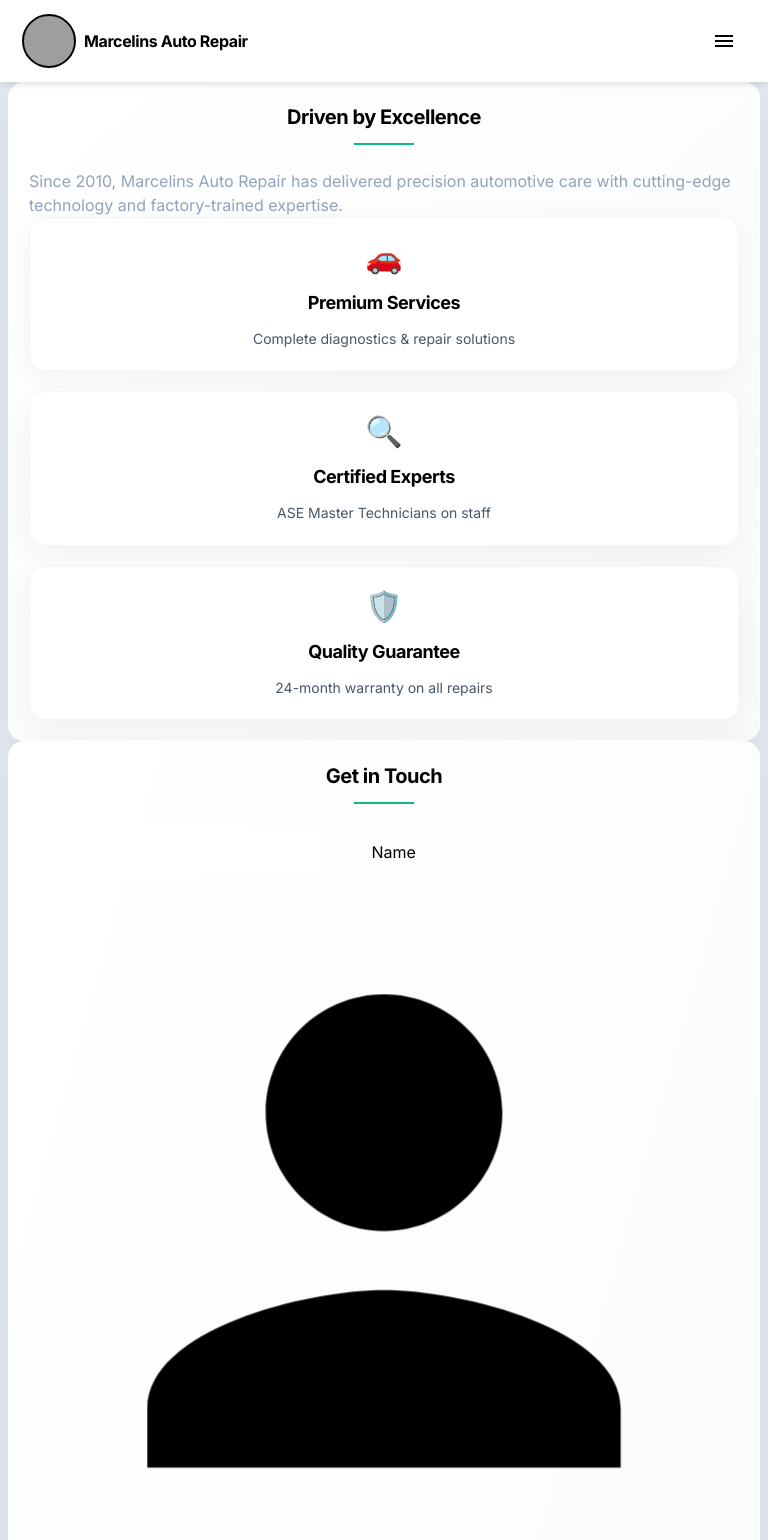
Repository: ilovegames507/twebsite-2
Page: frontend/public/contact.html
The author's editor kept a copy of each file at every save. The page is drawn from the files as they stood at one save, then again after the next save.
The browser window is 768 px wide. The pictures show the part of the page from y = 0 to 1540 px (the page is 4470 px tall before and 3252 px after).
Pictures or frames that could not be fetched are drawn as grey boxes. A picture or video elsewhere on the page could not be fetched, so the positions and the page height are approximate.

Above is the page before, as saved 2025-03-18 20:27:48.

### frontend/public/contact.html
<!DOCTYPE html>
<html lang="en">

<head>
    <meta charset="UTF-8" />
    <meta name="viewport" content="width=device-width, initial-scale=1.0" />
    <link rel="preconnect" href="https://fonts.googleapis.com" />
    <link rel="preconnect" href="https://fonts.gstatic.com" crossorigin />
    <link
        href="https://fonts.googleapis.com/css2?family=Inter:ital,opsz,wght@0,14..32,100..900;1,14..32,100..900&family=Source+Code+Pro:ital,wght@0,200..900;1,200..900&display=swap"
        rel="stylesheet" />
    <link rel="stylesheet" href="styles/modern-normalize.css" />
    <link rel="stylesheet" href="styles/global.css" />
    <link rel="stylesheet" href="styles/components/header.css" />
    <link rel="stylesheet" href="styles/components/about.css" />
    <link rel="stylesheet" href="styles/components/footer.css" />
    <link rel="stylesheet" href="styles/utils.css" />

    <link rel="icon" type="image/x-icon" href="/src/Images/favicon.ico">
    <title>Marcelins Auto Repair</title>
</head>

<body>
    <header class="header">
        <div class="header__container">
            <div class="header__title-container"> <img src="https://picsum.photos/1080/1080?random" id="img-link"
                    class="header__logo" alt="Marcelins Auto Repair Logo">
                <a href="/" class="header__title">Marcelins Auto Repair</a>
            </div>
            <nav class="header__nav">
                <a class="header__link" href="#pricing">Servies</a>
                <a class="header__link" href="#features">Policy</a>
                <a class="header__link" href="#contact">Contact</a>
                <div class="header__btn-container">
                    <button class="header__btn" id="login-link">Login</button>
                </div>
            </nav>

            <button class="header__bars">
                <svg xmlns="http://www.w3.org/2000/svg" height="24px" viewBox="0 -960 960 960" width="24px">
                    <path d="M120-240v-80h720v80H120Zm0-200v-80h720v80H120Zm0-200v-80h720v80H120Z" />
                </svg>
            </button>
        </div>
    </header>
<!-- About Page -->
<section class="about">
    <div class="about__container container">
      <div class="about__content card card--gradient">
        <h2 class="about__title section-title">Driven by Excellence</h2>
        <div class="about__body">
          <p class="about__text">
            Since 2010, Marcelins Auto Repair has delivered precision automotive care with cutting-edge technology
            and factory-trained expertise.
          </p>

          <div class="about__grid">
            <div class="about__card card card--hover">
              <div class="about__icon">🚗</div>
              <h3 class="about__subtitle">Premium Services</h3>
              <p class="about__description">Complete diagnostics & repair solutions</p>
            </div>

            <div class="about__card card card--hover">
              <div class="about__icon">🔍</div>
              <h3 class="about__subtitle">Certified Experts</h3>
              <p class="about__description">ASE Master Technicians on staff</p>
            </div>

            <div class="about__card card card--hover">
              <div class="about__icon">🛡️</div>
              <h3 class="about__subtitle">Quality Guarantee</h3>
              <p class="about__description">24-month warranty on all repairs</p>
            </div>
          </div>
        </div>
      </div>
    </div>
  </section>

  <!-- Contact Page -->
  <section class="contact">
    <div class="contact__container container">
      <div class="contact__content card card--gradient">
        <h2 class="contact__title section-title">Get in Touch</h2>
        <form class="contact__form">
          <div class="form__group">
            <div class="form__field form__field--floating">
              <input type="text" class="form__input" id="contactName" required>
              <label class="form__label" for="contactName">Name</label>
              <svg class="form__icon" xmlns="http://www.w3.org/2000/svg" viewBox="0 0 24 24" fill="currentColor">
                <path d="M12 12c2.21 0 4-1.79 4-4s-1.79-4-4-4-4 1.79-4 4 1.79 4 4 4zm0 2c-2.67 0-8 1.34-8 4v2h16v-2c0-2.66-5.33-4-8-4z"/>
              </svg>
            </div>

            <div class="form__field form__field--floating">
              <input type="email" class="form__input" id="contactEmail" required>
              <label class="form__label" for="contactEmail">Email</label>
              <svg class="form__icon" xmlns="http://www.w3.org/2000/svg" viewBox="0 0 24 24" fill="currentColor">
                <path d="M20 4H4c-1.1 0-1.99.9-1.99 2L2 18c0 1.1.9 2 2 2h16c1.1 0 2-.9 2-2V6c0-1.1-.9-2-2-2zm0 14H4V8l8 5 8-5v10zm-8-7L4 6h16l-8 5z"/>
              </svg>
            </div>
          </div>

          <div class="form__field form__field--floating">
            <textarea class="form__input form__textarea" id="contactMessage" required></textarea>
            <label class="form__label" for="contactMessage">Message</label>
            <svg class="form__icon" xmlns="http://www.w3.org/2000/svg" viewBox="0 0 24 24" fill="currentColor">
              <path d="M20 2H4c-1.1 0-1.99.9-1.99 2L2 22l4-4h14c1.1 0 2-.9 2-2V4c0-1.1-.9-2-2-2zM6 9h12v2H6V9zm8 5H6v-2h8v2zm4-6H6V6h12v2z"/>
            </svg>
          </div>

          <button type="submit" class="btn btn--primary btn--arrow">
            Send Message
            <svg class="btn__icon" viewBox="0 0 24 24">
              <path d="M4 11v2h12l-5.5 5.5 1.42 1.42L19.84 12l-7.92-7.92L10.5 5.5 16 11H4z"/>
            </svg>
          </button>

          <div class="contact__info">
            <div class="contact__detail">
              <svg class="contact__icon" viewBox="0 0 24 24"><path d="M20 4H4c-1.1 0-1.99.9-1.99 2L2 18c0 1.1.9 2 2 2h16c1.1 0 2-.9 2-2V6c0-1.1-.9-2-2-2zm0 14H4V8l8 5 8-5v10zm-8-7L4 6h16l-8 5z"/></svg>
              contact@marcelinsauto.com
            </div>
            <div class="contact__detail">
              <svg class="contact__icon" viewBox="0 0 24 24"><path d="M6.62 10.79c1.44 2.83 3.76 5.14 6.59 6.59l2.2-2.2c.27-.27.67-.36 1.02-.24 1.12.37 2.33.57 3.57.57.55 0 1 .45 1 1V20c0 .55-.45 1-1 1-9.39 0-17-7.61-17-17 0-.55.45-1 1-1h3.5c.55 0 1 .45 1 1 0 1.25.2 2.45.57 3.57.11.35.03.74-.25 1.02l-2.2 2.2z"/></svg>
              (555) 123-4567
            </div>
          </div>
        </form>
      </div>
    </div>
  </section>

    <footer class="footer">
        <div class="footer__container">
            <div class="footer__content">
                <div class="footer__section">
                    <h3 class="footer__heading">Contact Us</h3>
                    <p class="footer__text">123 Auto Repair Street</p>
                    <p class="footer__text">Cityville, ST 12345</p>
                    <p class="footer__text">Phone: (555) 123-4567</p>
                    <p class="footer__text">Email: contact@marcelinsauto.com</p>
                </div>

                <div class="footer__section">
                    <h3 class="footer__heading">Hours</h3>
                    <p class="footer__text">Mon-Fri: 8am - 6pm</p>
                    <p class="footer__text">Saturday: 9am - 4pm</p>
                    <p class="footer__text">Sunday: Closed</p>
                </div>

                <div class="footer__section">
                    <h3 class="footer__heading">Quick Links</h3>
                    <a href="#services" class="footer__link">Services</a>
                    <a href="#policy" class="footer__link">Policy</a>
                    <a href="#contact" class="footer__link">Contact</a>
                    <a href="#about" class="footer__link">About Us</a>
                </div>

                <div class="footer__section">
                    <h3 class="footer__heading">Follow Us</h3>
                    <div class="footer__socials">
                        <a href="#" class="footer__social-link" aria-label="TicTok">
                            <img src="src/Images/tictok.svg" alt="TicTok">
                        </a>
                        <a href="#" class="footer__social-link" aria-label="Instagram">
                            <img src="src/Images/instagram.svg" alt="Instagram">
                        </a>
                        <a href="#" class="footer__social-link" aria-label="YouTube">
                            <img src="src/Images/youtube.svg" alt="YouTube">
                        </a>
                    </div>
                </div>
            </div>

            <div class="footer__bottom">
                <p class="footer__copy">&copy; 2024 Marcelins Auto Repair. All rights reserved.</p>
            </div>
        </div>
    </footer>
    <script>
        document.getElementById('img-link').addEventListener('click', function () {
            window.location.href = '/';
        });
        document.querySelector('.header__bars').addEventListener('click', function () {
            document.querySelector('.header').classList.toggle('header--mobile-open');
        });
        document.getElementById('login-link').addEventListener('click', function () {
            window.location.href = '/login';
        });
    </script>
</body>

</html>

### frontend/public/styles/components/about.css
/* Enhanced Base Styles */
.container {
    max-width: 1200px;
    margin: 0 auto;
    padding: 0 var(--size-2xl);
  }

  .card {
    background: var(--clr-white);
    border-radius: 16px;
    padding: var(--size-2xl);
    box-shadow: 0 8px 32px rgba(0,0,0,0.05);
    transition: var(--transition);
  }

  .card--gradient {
    background: linear-gradient(to bottom right, var(--clr-white), var(--clr-slate50));
    border: 1px solid rgba(255,255,255,0.2);
  }

  .card--hover:hover {
    transform: translateY(-4px);
    box-shadow: 0 12px 40px rgba(0,0,0,0.1);
  }

  .section-title {
    font-size: var(--size-2xl);
    text-align: center;
    margin-bottom: var(--size-2xl);
    position: relative;
    padding-bottom: var(--size-sm);
  }

  .section-title::after {
    content: '';
    position: absolute;
    bottom: 0;
    left: 50%;
    transform: translateX(-50%);
    width: 60px;
    height: 2px;
    background: var(--clr-green);
  }

  /* About Page Enhancements */
  .about__container {
    padding: var(--size-6xl) 0;
  }

  .about__grid {
    display: grid;
    gap: var(--size-xl);
    grid-template-columns: repeat(auto-fit, minmax(280px, 1fr));
  }

  .about__card {
    padding: var(--size-xl);
    text-align: center;
    border: 1px solid var(--clr-slate100);
  }

  .about__icon {
    font-size: var(--size-3xl);
    margin-bottom: var(--size-sm);
    opacity: 0.9;
  }

  .about__subtitle {
    font-size: var(--size-lg);
    margin-bottom: var(--size-xs);
    color: var(--clr-dark);
  }

  .about__description {
    font-size: var(--size-sm);
    color: var(--clr-muted);
    line-height: 1.6;
  }

  /* Contact Page Enhancements */
  .contact__container {
    padding: var(--size-6xl) 0;
  }

  .form__group {
    display: grid;
    gap: var(--size-xl);
    grid-template-columns: repeat(auto-fit, minmax(280px, 1fr));
  }

  .form__field--floating .form__label {
    transform: translateY(-50%) scale(0.9);
    background: transparent;
    margin-left: calc(var(--size-4xl) + 8px);
  }

  .form__input {
    padding: var(--size-sm) var(--size-4xl);
    border-radius: 8px;
    border: 1px solid var(--clr-slate200);
  }

  .form__textarea {
    min-height: 120px;
    padding-top: var(--size-sm);
  }

  .btn--primary {
    padding: var(--size-sm) var(--size-2xl);
    border-radius: 8px;
    display: inline-flex;
    align-items: center;
    gap: var(--size-xs);
    transition: transform 0.2s ease;
  }

  .btn--primary:hover {
    transform: translateY(-2px);
  }

  .btn__icon {
    width: var(--size-lg);
    height: var(--size-lg);
    fill: currentColor;
  }

  .contact__info {
    margin-top: var(--size-2xl);
    padding-top: var(--size-xl);
    border-top: 1px solid var(--clr-slate100);
  }

  .contact__detail {
    display: flex;
    align-items: center;
    gap: var(--size-sm);
    margin-bottom: var(--size-sm);
    font-size: var(--size-sm);
    color: var(--clr-muted);
  }

  .contact__icon {
    width: var(--size-lg);
    height: var(--size-lg);
    flex-shrink: 0;
  }

  /* Mobile Optimizations */
  @media (max-width: 768px) {
    .container {
      padding: 0 var(--size-base);
    }

    .card {
      padding: var(--size-xl);
    }

    .section-title {
      font-size: var(--size-xl);
    }

    .about__grid,
    .form__group {
      grid-template-columns: 1fr;
    }

    .form__input {
      padding: var(--size-xs) var(--size-3xl);
    }

    .btn--primary {
      width: 100%;
      justify-content: center;
    }
  }

  @media (max-width: 480px) {
    .about__card {
      padding: var(--size-base);
    }

    .contact__detail {
      flex-direction: column;
      text-align: center;
    }
  }

### frontend/public/styles/components/footer.css
html {
    height: 100%;
}

body {
    min-height: 100vh;
    display: flex;
    flex-direction: column;
}

main {
    flex: 1 0 auto;
    width: 100%;
}

.footer {
    background-color: var(--clr-dark);
    color: var(--clr-light);
    padding: var(--size-4xl) 0 0;
    margin-top: auto;
}

.footer__container {
    max-width: 1440px;
    margin: 0 auto;
    padding: 0 var(--size-2xl);
}

.footer__content {
    display: grid;
    grid-template-columns: repeat(auto-fit, minmax(250px, 1fr));
    gap: var(--size-2xl);
    padding-bottom: var(--size-4xl);
}

.footer__section {
    display: flex;
    flex-direction: column;
    gap: var(--size-base);
}

.footer__heading {
    font-size: var(--size-lg);
    font-weight: 600;
    margin-bottom: var(--size-xs);
    color: var(--clr-light);
}

.footer__text {
    font-size: var(--size-sm);
    color: var(--clr-slate300);
    line-height: 1.6;
}

.footer__link {
    color: var(--clr-slate300);
    text-decoration: none;
    font-size: var(--size-sm);
    transition: var(--transition);
}

.footer__link:hover {
    color: var(--clr-light);
    transform: translateX(4px);
}

.footer__socials {
    display: flex;
}

.footer__social-link {
    color: var(--clr-slate300);
    transition: var(--transition);
    padding: var(--size-4xl);
    display: flex;
}

.footer__social-link:hover {
    color: var(--clr-light);
    transform: translateY(-2px);
}

.footer__bottom {
    border-top: 1px solid rgba(255, 255, 255, 0.1);
    padding: var(--size-xl) 0;
    text-align: center;
}

.footer__copy {
    font-size: var(--size-sm);
    color: var(--clr-slate300);
    margin: 0;
}

@media (max-width: 768px) {
    .footer__content {
        grid-template-columns: 1fr;
        text-align: center;
    }

    .footer__section {
        align-items: center;
    }

    .footer__link:hover {
        transform: none;
    }
}

### frontend/public/styles/utils.css
/* xs */
/* @media (min-width: 475px) {} */

/* sm */
/* @media (min-width: 640px) {} */

/* md */
/* @media (min-width: 768px) {} */

/* lg */
/* @media (min-width: 1024px) {} */

/* xl */
/* @media (min-width: 1280px) {} */

/* 2xl */
/* @media (min-width: 1536px) {} */

.container {
    width: 100%;
    margin-inline: auto;
    padding-inline: 0.5rem;
  }

  .btn {
    display: inline-block;
    background-color: rgb(255, 255, 255);
    color: var(--clr-dark);
    padding: 0.5em 1em;
    font-weight: 500;
    border-radius: 6px;
    line-height: 1.75rem;
    text-decoration: none;
    transition: 0.2s ease-in-out;
  }

  .btn:hover {
    transform: translateY(2px);
    background-color: rgb(168, 168, 168);
  }

  btn:focus-visible {
    outline: solid var(--clr-text);
  }

  .section {
    margin-top: 5rem;
  }

  .title {
    text-transform: uppercase;
    margin-bottom: 1rem;
    font-family: var(--font-secondary);
    color: var(--clr-text);
    font-size: var(--size-base);
  }

  /* xs */
  @media (min-width: 475px) {
    .container {
      max-width: 475px;
    }
  }

  /* sm */
  @media (min-width: 640px) {
    .container {
      max-width: 640px;
    }

    .title {
      font-size: var(--size-sm);
    }
  }

  /* md */
  @media (min-width: 768px) {
    .container {
      max-width: 768px;
    }
  }

  /* lg */
  @media (min-width: 1024px) {
    .container {
      max-width: 1024px;
    }

    .section {
      margin-top: 10rem;
    }

    .title {
      font-size: var(--size-base);
    }
  }

  /* xl */
  @media (min-width: 1280px) {
    .container {
      max-width: 1280px;
    }
  }

  /* 2xl */
  @media (min-width: 1536px) {
    .container {
      max-width: 1536px;
    }
  }

Loaded but not shown: frontend/public/styles/modern-normalize.css (203 lines, source omitted); frontend/public/styles/components/header.css (164 lines, source omitted); frontend/public/styles/global.css (157 lines, source omitted)

After the next save:
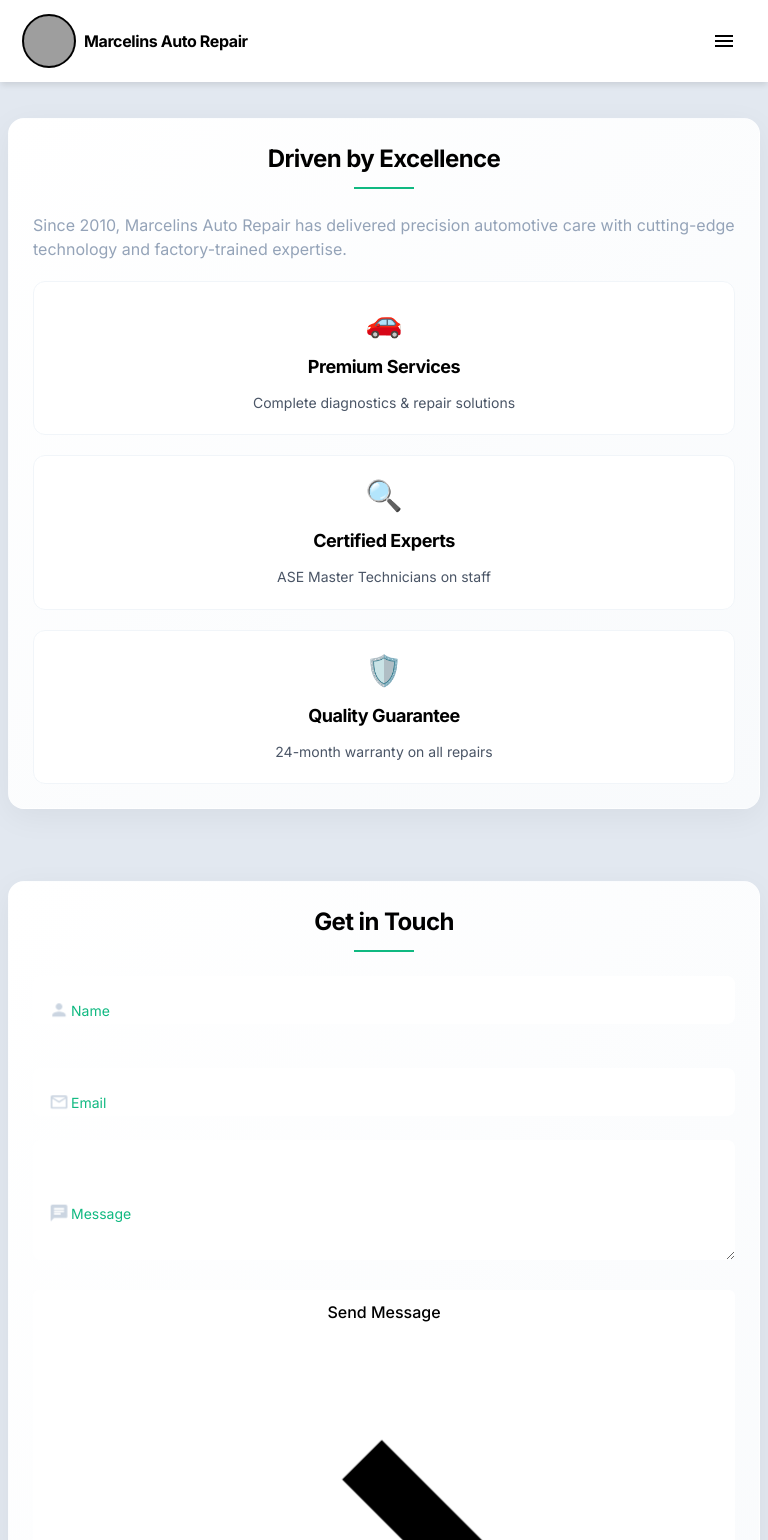
Saved 5 min 25 s later.
--- a/frontend/public/styles/components/about.css
+++ b/frontend/public/styles/components/about.css
@@ -1,29 +1,17 @@
-/* Enhanced Base Styles */
-.container {
-    max-width: 1200px;
-    margin: 0 auto;
-    padding: 0 var(--size-2xl);
-  }
-
-  .card {
-    background: var(--clr-white);
+/* ===== About Section ===== */
+.about__container {
+    padding: var(--size-6xl) 0;
+  }
+
+  .about__content {
+    background: linear-gradient(to bottom right, var(--clr-white), var(--clr-slate50));
     border-radius: 16px;
     padding: var(--size-2xl);
     box-shadow: 0 8px 32px rgba(0,0,0,0.05);
-    transition: var(--transition);
-  }
-
-  .card--gradient {
-    background: linear-gradient(to bottom right, var(--clr-white), var(--clr-slate50));
     border: 1px solid rgba(255,255,255,0.2);
   }
 
-  .card--hover:hover {
-    transform: translateY(-4px);
-    box-shadow: 0 12px 40px rgba(0,0,0,0.1);
-  }
-
-  .section-title {
+  .about__title {
     font-size: var(--size-2xl);
     text-align: center;
     margin-bottom: var(--size-2xl);
@@ -31,7 +19,7 @@
     padding-bottom: var(--size-sm);
   }
 
-  .section-title::after {
+  .about__title::after {
     content: '';
     position: absolute;
     bottom: 0;
@@ -42,21 +30,25 @@
     background: var(--clr-green);
   }
 
-  /* About Page Enhancements */
-  .about__container {
-    padding: var(--size-6xl) 0;
-  }
-
   .about__grid {
     display: grid;
     gap: var(--size-xl);
     grid-template-columns: repeat(auto-fit, minmax(280px, 1fr));
+    margin-top: var(--size-xl);
   }
 
   .about__card {
+    background: var(--clr-white);
     padding: var(--size-xl);
+    border-radius: 12px;
+    border: 1px solid var(--clr-slate100);
     text-align: center;
-    border: 1px solid var(--clr-slate100);
+    transition: var(--transition);
+  }
+
+  .about__card:hover {
+    transform: translateY(-4px);
+    box-shadow: 0 12px 40px rgba(0,0,0,0.1);
   }
 
   .about__icon {
@@ -77,9 +69,36 @@
     line-height: 1.6;
   }
 
-  /* Contact Page Enhancements */
+  /* ===== Contact Section ===== */
   .contact__container {
     padding: var(--size-6xl) 0;
+  }
+
+  .contact__content {
+    background: linear-gradient(to bottom right, var(--clr-white), var(--clr-slate50));
+    border-radius: 16px;
+    padding: var(--size-2xl);
+    box-shadow: 0 8px 32px rgba(0,0,0,0.05);
+    border: 1px solid rgba(255,255,255,0.2);
+  }
+
+  .contact__title {
+    font-size: var(--size-2xl);
+    text-align: center;
+    margin-bottom: var(--size-2xl);
+    position: relative;
+    padding-bottom: var(--size-sm);
+  }
+
+  .contact__title::after {
+    content: '';
+    position: absolute;
+    bottom: 0;
+    left: 50%;
+    transform: translateX(-50%);
+    width: 60px;
+    height: 2px;
+    background: var(--clr-green);
   }
 
   .form__group {
@@ -88,24 +107,63 @@
     grid-template-columns: repeat(auto-fit, minmax(280px, 1fr));
   }
 
-  .form__field--floating .form__label {
+  .form__field {
+    position: relative;
+    margin-bottom: var(--size-2xl);
+  }
+
+  .form__label {
+    position: absolute;
+    left: var(--size-3xl);
+    top: 50%;
     transform: translateY(-50%) scale(0.9);
-    background: transparent;
-    margin-left: calc(var(--size-4xl) + 8px);
+    color: var(--clr-text);
+    font-size: var(--size-sm);
+    pointer-events: none;
+    margin-left: 8px;
+    transition: var(--transition);
   }
 
   .form__input {
+    width: 100%;
     padding: var(--size-sm) var(--size-4xl);
+    border: 1px solid var(--clr-slate200);
     border-radius: 8px;
-    border: 1px solid var(--clr-slate200);
+    font-size: var(--size-sm);
+    transition: var(--transition);
+  }
+
+  .form__input:focus {
+    border-color: var(--clr-green);
+    outline: none;
+    box-shadow: 0 0 0 3px rgba(16, 185, 129, 0.1);
+  }
+
+  .form__input:focus ~ .form__label,
+  .form__input:not(:placeholder-shown) ~ .form__label {
+    transform: translateY(-170%) scale(0.8);
+    color: var(--clr-green);
   }
 
   .form__textarea {
-    min-height: 120px;
+    height: 120px;
+    resize: vertical;
     padding-top: var(--size-sm);
   }
 
+  .form__icon {
+    position: absolute;
+    left: var(--size-base);
+    top: 50%;
+    transform: translateY(-50%);
+    width: var(--size-xl);
+    height: var(--size-xl);
+    color: var(--clr-slate300);
+  }
+
   .btn--primary {
+    background: var(--clr-dark);
+    color: var(--clr-white);
     padding: var(--size-sm) var(--size-2xl);
     border-radius: 8px;
     display: inline-flex;
@@ -118,12 +176,6 @@
     transform: translateY(-2px);
   }
 
-  .btn__icon {
-    width: var(--size-lg);
-    height: var(--size-lg);
-    fill: currentColor;
-  }
-
   .contact__info {
     margin-top: var(--size-2xl);
     padding-top: var(--size-xl);
@@ -145,18 +197,11 @@
     flex-shrink: 0;
   }
 
-  /* Mobile Optimizations */
+  /* ===== Mobile Styles ===== */
   @media (max-width: 768px) {
-    .container {
-      padding: 0 var(--size-base);
-    }
-
-    .card {
-      padding: var(--size-xl);
-    }
-
-    .section-title {
-      font-size: var(--size-xl);
+    .about__container,
+    .contact__container {
+      padding: var(--size-4xl) 0;
     }
 
     .about__grid,
